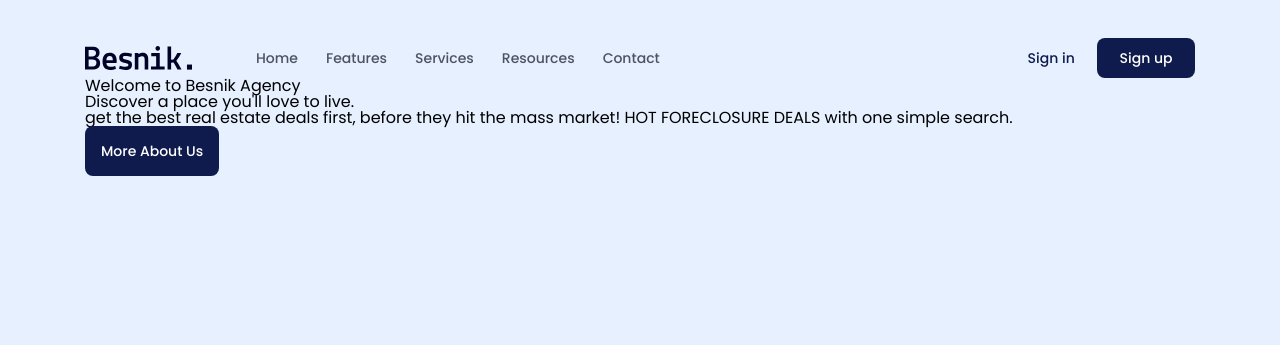
Repository: empty24062002/f8-htmlcss-01
Page: index.html
An editor plug-in stored every save of this project. The page is shown before and after the next save, followed by the edit.
The browser window is 1280 px wide. The pictures show the whole page.

Above is the page before, as saved 2023-07-11 13:48:36.

After the next save:
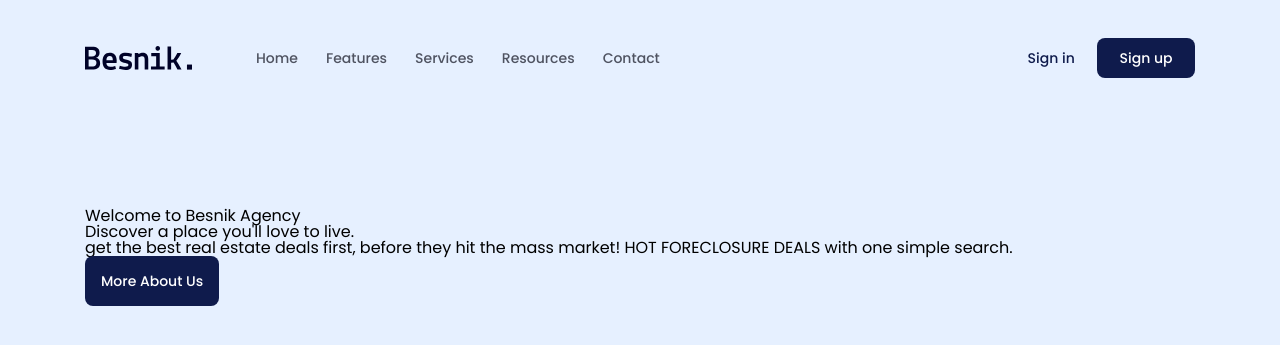
Saved 2 min 34 s later.
--- a/assets/css/styles.css
+++ b/assets/css/styles.css
@@ -84,3 +84,7 @@
 .navbar .action-btn {
     padding: 13px 16px;
 }
+
+.hero {
+    margin-top: 130px;
+}
